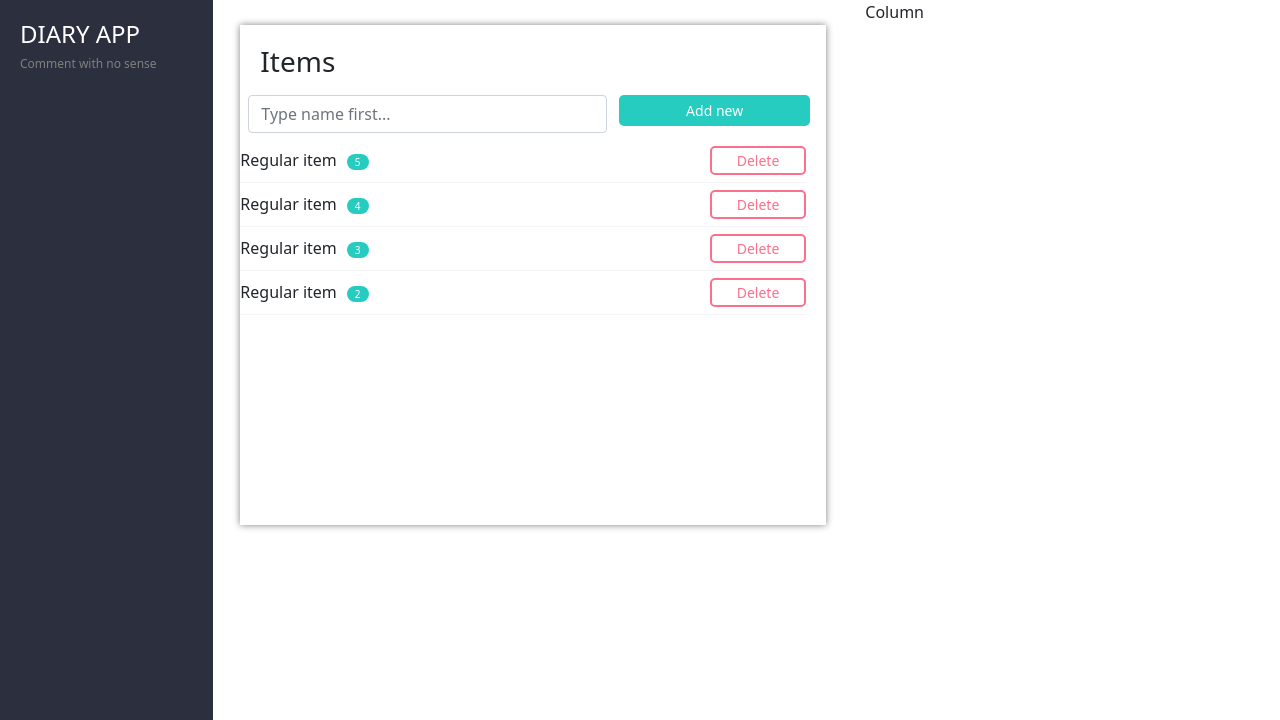
Repository: tsydikov/diary
Page: /
The author's editor kept a copy of each file at every save. The page is drawn from the files as they stood at one save, then again after the next save.
The browser window is 1280 px wide. The pictures show the whole page.
The project was rebuilt for these pictures with package versions that can differ from the ones it lists, and the page was loaded fresh each time.

Above is the page before, as saved 2021-09-10 21:47:27.

### public/index.html
<!DOCTYPE html>
<html lang="en">
  <head>
    <meta charset="utf-8" />
    <meta name="viewport" content="width=device-width, initial-scale=1" />
    <link href="https://cdn.jsdelivr.net/npm/bootstrap@5.1.1/dist/css/bootstrap.min.css" rel="stylesheet" integrity="sha384-F3w7mX95PdgyTmZZMECAngseQB83DfGTowi0iMjiWaeVhAn4FJkqJByhZMI3AhiU" crossorigin="anonymous">
    <title>Diary App</title>
  </head>
  <body>
    <noscript>You need to enable JavaScript to run this app.</noscript>
    <div id="root"></div>
  </body>
</html>

### src/App.js
import React, { useState } from "react";
import Navbar from "./UI/Navbar/Navbar";
import './styles/App.css'
import Items from "./components/Items";
import ItemForm from "./components/ItemForm";

function App() {
  const [items, setItems] = useState([
    { id: 1, title: 'Regular item', comments: [1, 2, 3, 4, 5] },
    { id: 2, title: 'Regular item', comments: [1, 2, 3, 4] },
    { id: 3, title: 'Regular item', comments: [1, 2, 3] },
    { id: 4, title: 'Regular item', comments: [1, 2] },
  ])
  const createItem = (newItem) => {
    setItems([...items, newItem])
  }


  return (
    <div className="container-fluid" >
      <div className="row " >
        <div className="col-2 px-0" >
          <Navbar />
        </div>
        <div className="col-6">
          <div className="items_cotainer">
            <ItemForm create={createItem} />
            <Items items={items} />
          </div>
        </div>
        <div className="col-4">
          Column
    </div>
      </div>
    </div>
  );
}

export default App;

### src/UI/Navbar/Navbar.jsx
import React from 'react';
import cl from './Navbar.module.css'
// style={{background:'red'}}
const Navbar = () => {
    return (
        <div className={cl.container} >
            <h1>diary app</h1>
            <h3>Comment with no sense</h3>
        </div>
    );
};

export default Navbar;

### src/styles/App.css
* {
    margin: 0;
    padding: 0;
    box-sizing: border-box;
}

#root {
    display: flex;
    flex-direction: column;
    align-items: center;
}

.item_cotainer {
    display: flex;
    justify-content: space-between;
    align-items: center;
    padding: 5px 0;
}

.item_cotainer span {
    font-size: 10px;
    color: white;
    background-color: #27ccc0;
    border-radius: 20px;
    margin: 0 10px;
    padding: 1px 8px;
}

hr {
    margin: 2px 0;
    background: lightgray;
    /* background: tomato; */
}

.items_cotainer {
    /* border: 5px ridge grey; */
    box-shadow: 0 0 7px grey;
    margin: 15px;
    margin-top: 25px;
    min-height: 500px;
    padding-right: 20px;
}

.h3 {
    padding-top: 20px;
    padding-left: 20px;
    font-weight: 200;
}

### src/components/Items.jsx
import React from 'react';
import Item from './Item';

const Items = ({items}) => {

    return (
        <div>
            {items.map(item =>
                <div>
                    <Item item={item} key={item.id} />
                    <hr />
                </div>
            )}
        </div>
    );
};

export default Items;

### src/components/ItemForm.jsx
import React, { useState } from 'react';
import Button from '../UI/Buttons/Button';

const ItemForm = ({create}) => {
    const [title, setTitle] = useState('')

    const addNewItem = (e) => {
        e.preventDefault()
        const newItem = {
          id: Date.now(),
          title,
          comments: []
        }
        create(newItem)
        setTitle('')
      }

    return (
        <div className="container-fluid px-0" >
            <h3 className="h3">Items</h3>
            <div className="row p-2">
              <div className="col-8 ">
                <input
                  value={title}
                  onChange={e => setTitle(e.target.value)}
                  className="form-control"
                  type="text"
                  placeholder="Type name first..."
                />
              </div>
              <div className="col-4 p-0">
                <Button onClick={addNewItem} >Add new</Button>
              </div>
            </div>
          </div>
    );
};

export default ItemForm;

### src/UI/Navbar/Navbar.module.css
.container {
    background: #2b2f3e;
    height: 100vh;
    padding: 20px;
    /* width: initial; */
}

.container h1 {
    text-transform: uppercase;
    color:white;
    font-size: 24px;
    font-weight:200;
}

.container h3 {
    color:grey;
    font-size: 12px;
    font-weight:200;
}

### src/components/Item.jsx
import React from 'react';
import ButtonDelete from '../UI/Buttons/ButtonDelete';

const Item = (props) => {
    return (
        <div className="item_cotainer">
              <div>
                {props.item.title}<span>{props.item.comments.length}</span>
              </div>
              <ButtonDelete>
                Delete
                </ButtonDelete>
            </div>
    );
};

export default Item;

### src/UI/Buttons/Button.jsx
import React from 'react'
import cl from "./Button.module.css";

const Button = ({ children, ...props }) => {
    return (
        <button {...props} className={cl.Btn}>
            {children}
        </button>
    )
}

export default Button;

### src/UI/Buttons/ButtonDelete.jsx
import React from 'react'
import cl from "./Button.module.css";

const ButtonDelete = ({ children, ...props }) => {
    return (
        <button {...props} className={cl.BtnDel}>
            {children}
        </button>
    )
}

export default ButtonDelete;

### src/UI/Buttons/Button.module.css
.Btn {
    padding: 5px 10px;
    color: white;
    font-size: 14px;
    border: none;
    cursor: pointer;
    background-color: #27ccc0;
    border-radius: 5px;
    display:flex;
    align-items:stretch;
    justify-content: center;
    text-align: center;
    width: 100%;
}
.BtnDel {
    padding: 2px 25px;
    color: #fb718d;
    font-size: 14px;
    border: 2px solid #fb718d;
    cursor: pointer;
    background-color: white;
    border-radius: 5px;
    display:flex;
    align-items:stretch;
    text-align: center;
}

Loaded but not shown: src/index.js (common file)

After the next save:
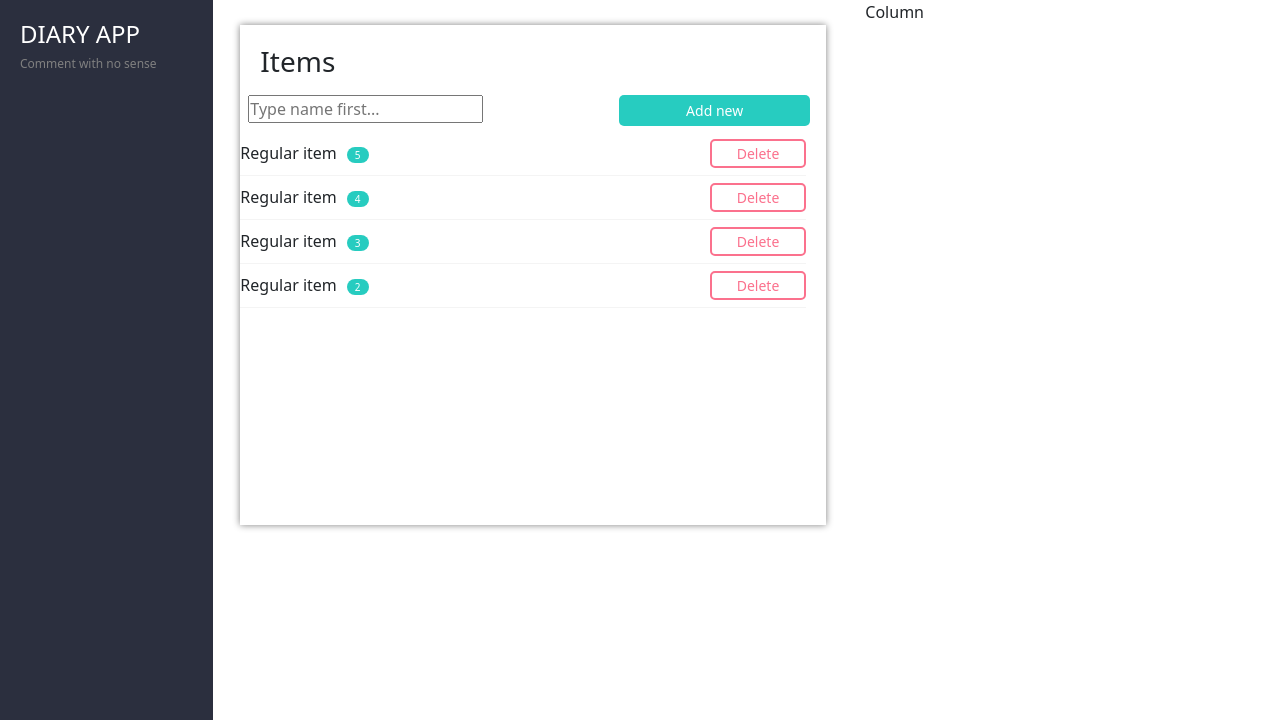
Saved 5 s later.
--- a/src/components/ItemForm.jsx
+++ b/src/components/ItemForm.jsx
@@ -23,7 +23,7 @@
                 <input
                   value={title}
                   onChange={e => setTitle(e.target.value)}
-                  className="form-control"
+                //   className="form-control"
                   type="text"
                   placeholder="Type name first..."
                 />

After the save that followed:
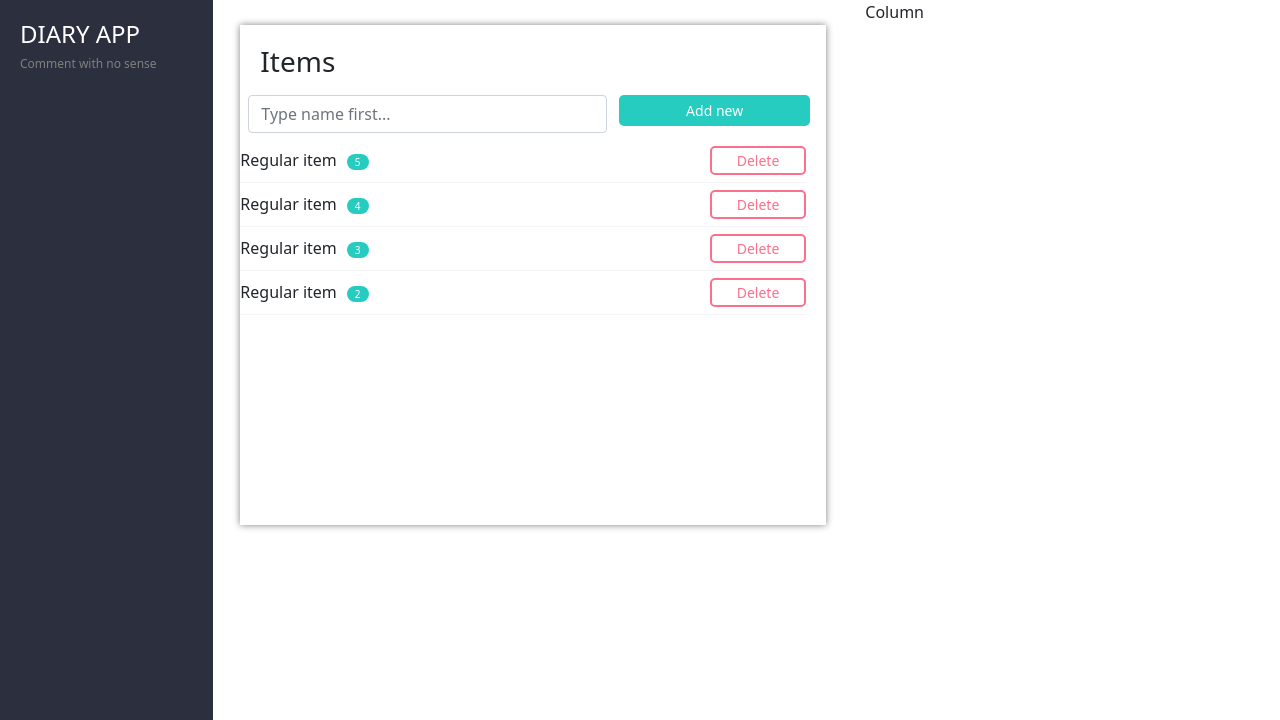
Saved 7 s later.
--- a/src/components/ItemForm.jsx
+++ b/src/components/ItemForm.jsx
@@ -23,7 +23,7 @@
                 <input
                   value={title}
                   onChange={e => setTitle(e.target.value)}
-                //   className="form-control"
+                  className="form-control"
                   type="text"
                   placeholder="Type name first..."
                 />
